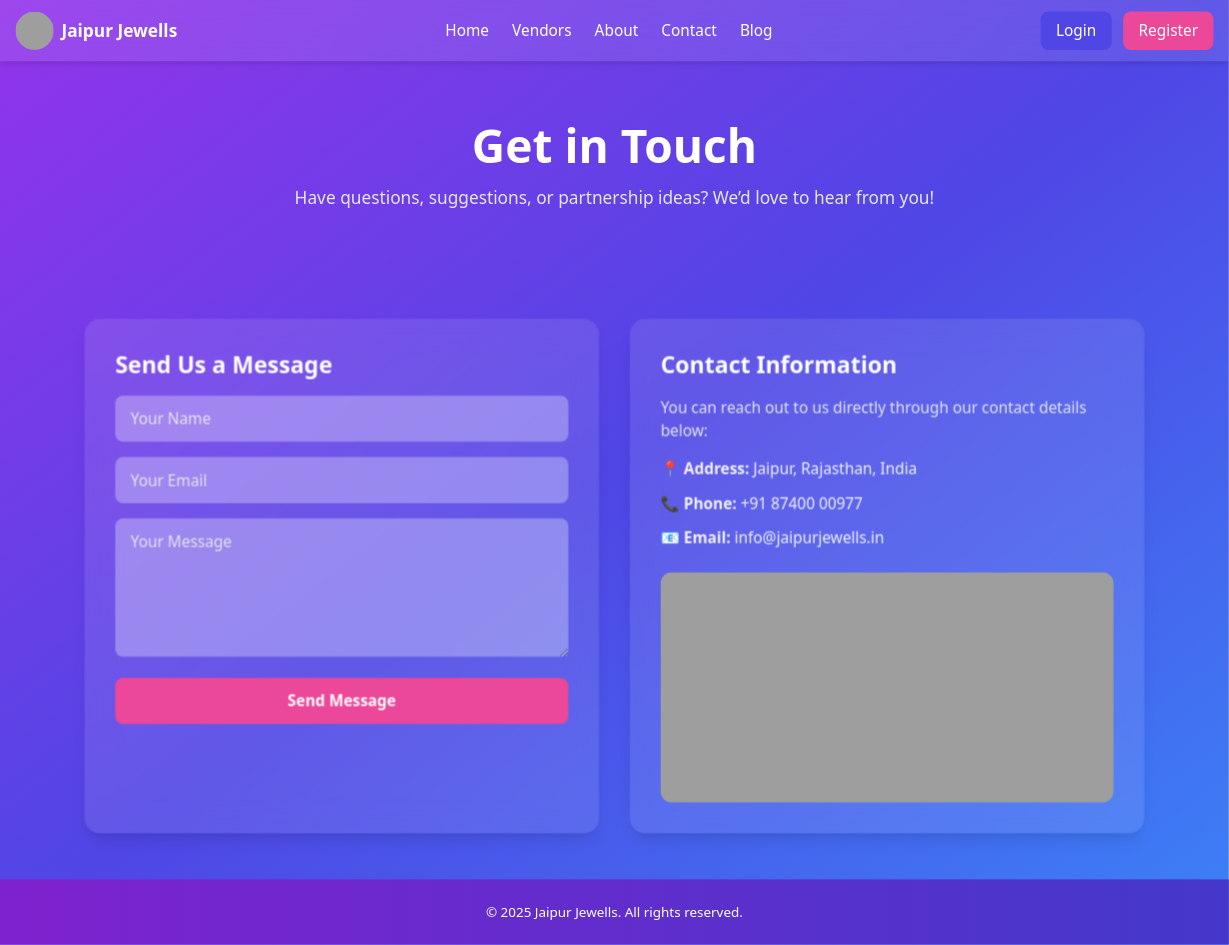
Repository: aayushtailor/VendorConnect
Page: contact.html
An editor plug-in stored every save of this project. The page is shown before and after a run of saves, followed by the edit.
The browser window is 1280 px wide. The pictures show the whole page, at 96% of full size.
Pictures or frames that could not be fetched are drawn as grey boxes. Some web libraries are served in a nearby version.

Above is the page before, as saved 2025-09-20 12:03:34.

After the next 3 saves:
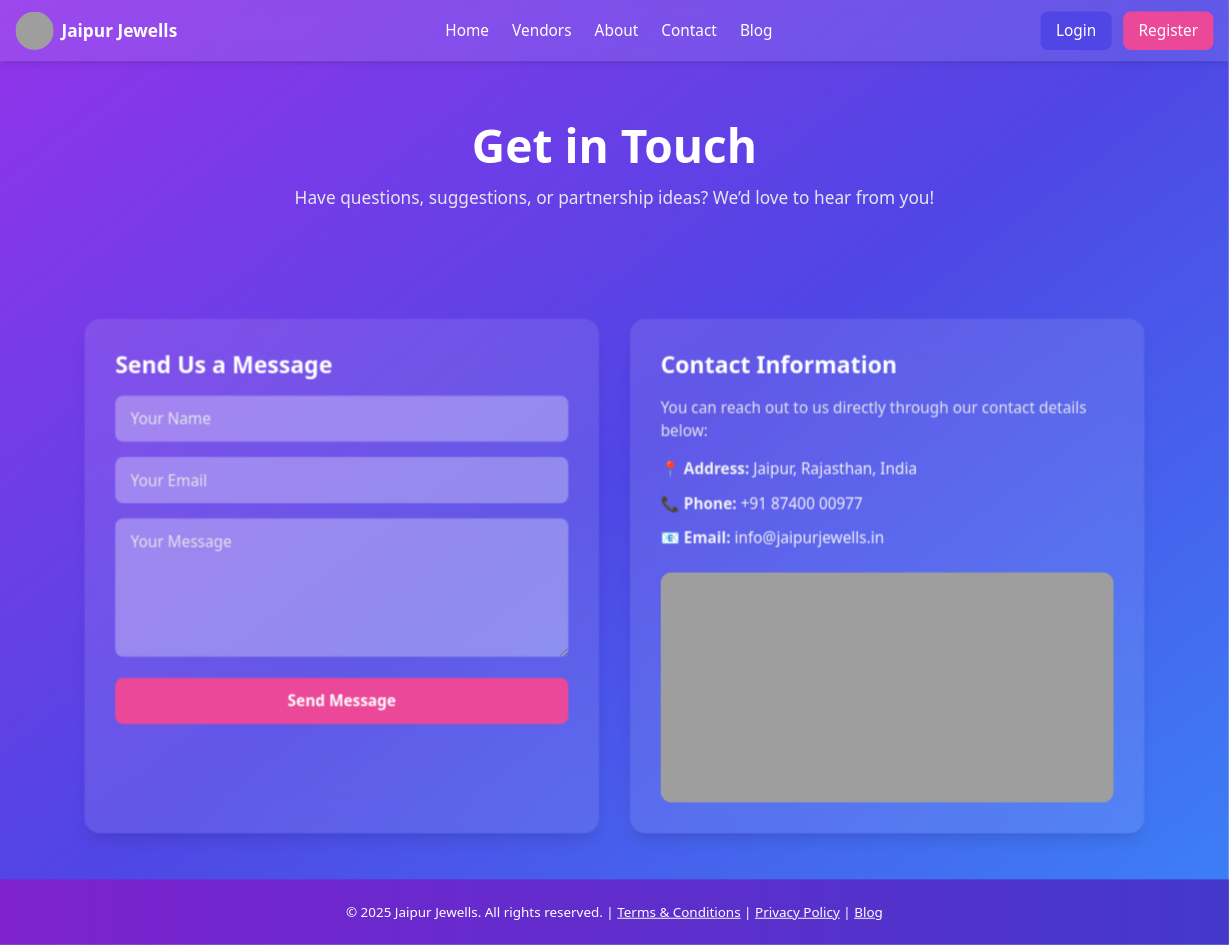
The 3 saves are shown as one change because they came seconds apart.
The last was saved 11 s later.
--- a/contact.html
+++ b/contact.html
@@ -94,10 +94,16 @@
     </div>
   </section>
 
-  <!-- Footer -->
-  <footer class="bg-gradient-to-r from-purple-700 to-indigo-700 text-center py-6">
-    <p class="text-sm">&copy; 2025 Jaipur Jewells. All rights reserved.</p>
-  </footer>
+ <!-- Footer -->
+<footer class="bg-gradient-to-r from-purple-700 to-indigo-700 text-center py-6">
+  <p class="text-sm">
+    &copy; 2025 Jaipur Jewells. All rights reserved. |
+    <a href="terms.html" class="underline hover:text-yellow-300">Terms & Conditions</a> |
+    <a href="privacy.html" class="underline hover:text-yellow-300">Privacy Policy</a> |
+    <a href="blog.html" class="underline hover:text-yellow-300">Blog</a>
+  </p>
+</footer>
+
 
 </body>
 </html>
